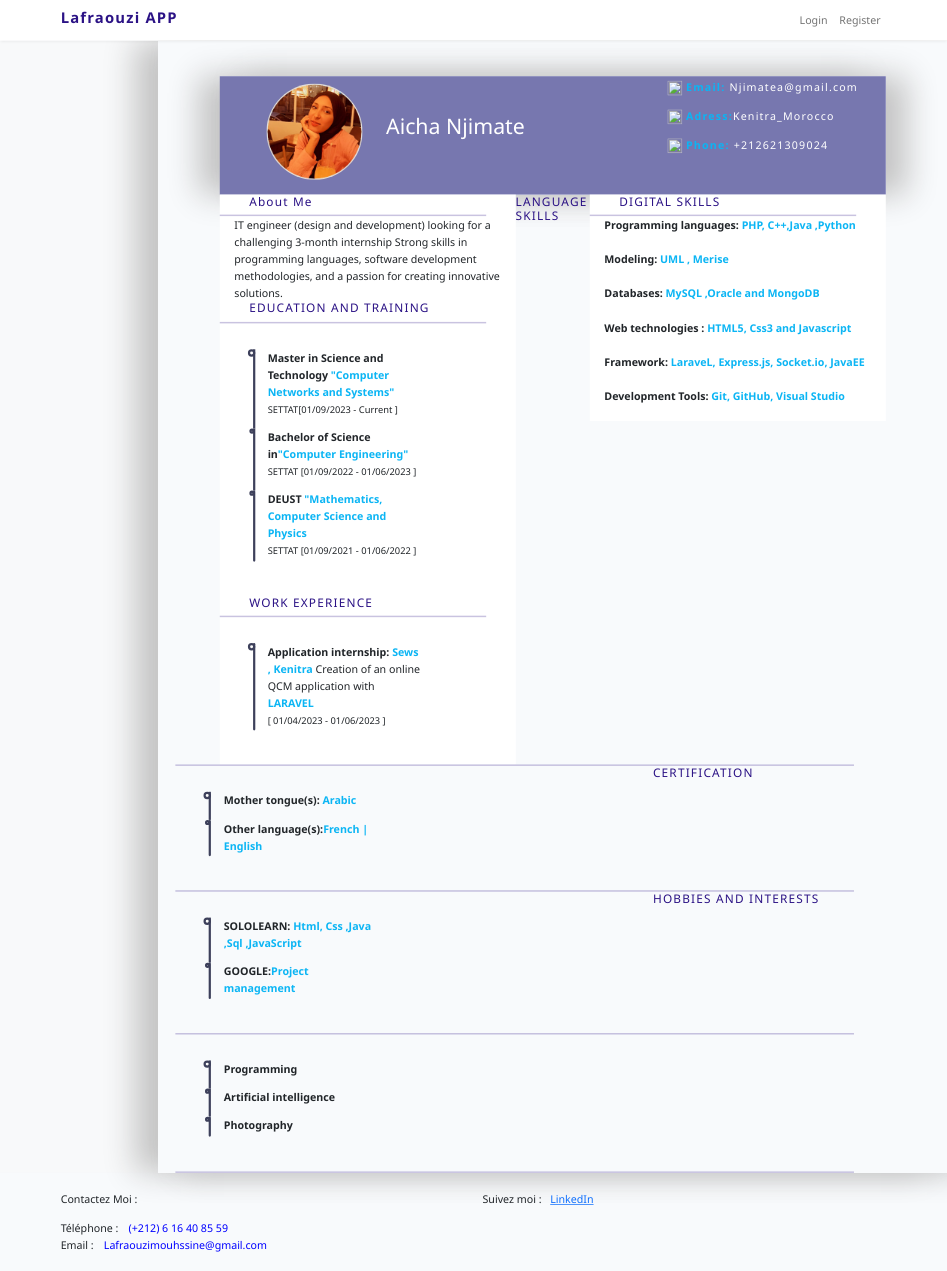
Repository: NjimateAicha/LaravelWeb
Page: http://localhost/aproposDeMoi
These files come from the project's save history. The page is drawn as it stood at one moment and after a run of saves; the edit follows.
The browser window is 1280 px wide. The pictures show the whole page, at 74% of full size.
The page is served by the project's Laravel application, run on PHP 8.4 with Laravel 9. Style sheets and scripts are compiled from the project's sources, by tool versions that may differ from the author's. Queries for data that is not in the repository find no rows.

Above is the page before, as saved 2024-05-19 15:54:17.

After the next 4 saves:
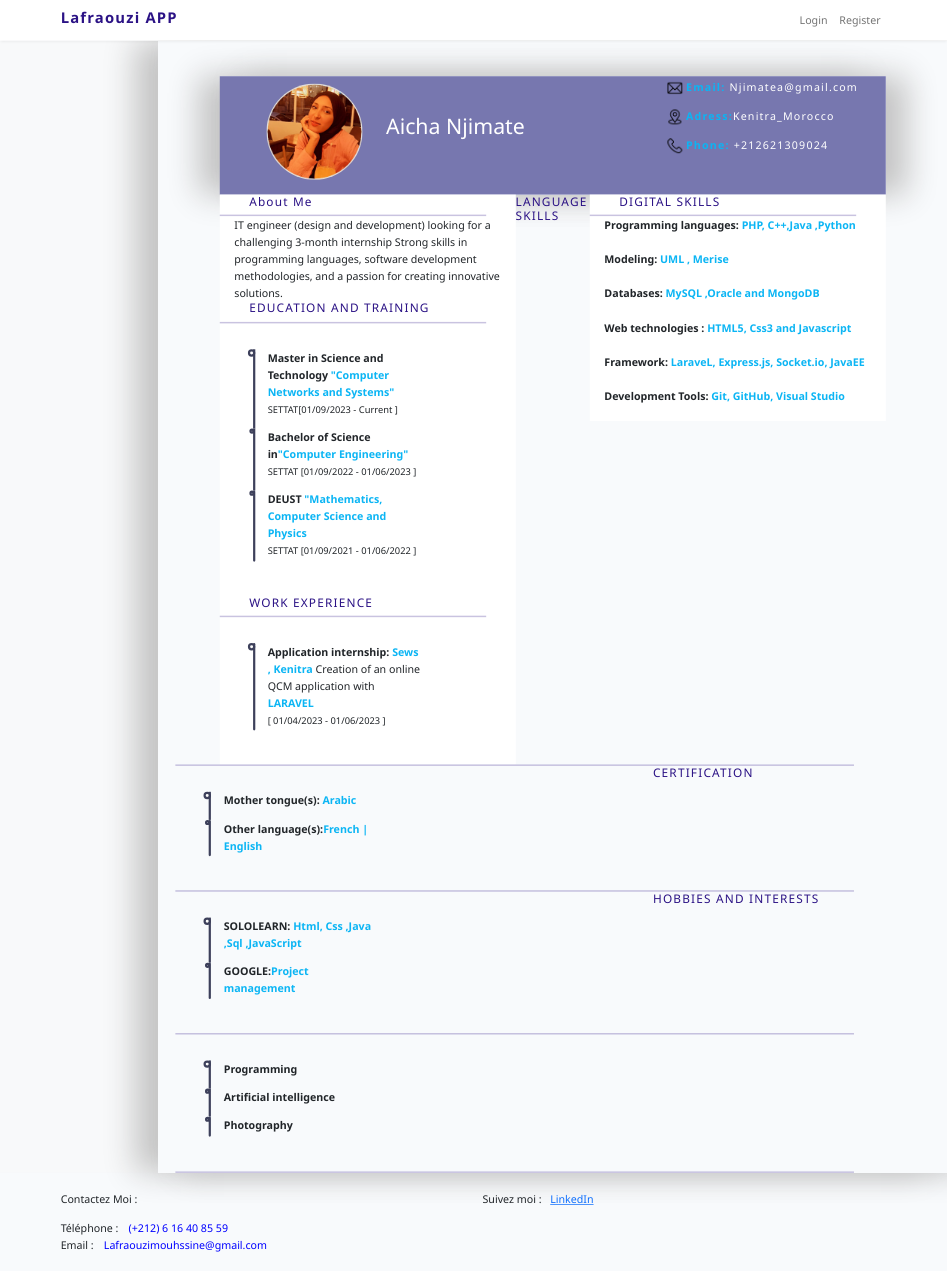
The 4 saves are shown as one change because they came seconds apart.
The last was saved 10 s later.
--- a/resources/views/aProposDeMoi/index.blade.php
+++ b/resources/views/aProposDeMoi/index.blade.php
@@ -253,9 +253,9 @@ ul {
             <div class="right">
 
 
-                <p><img src="../image/email.png" class="info"><strong> Email:</strong> Njimatea@gmail.com</p>
-                <p><img src="image/loca.png" class="info"> <strong> Adress:</strong>Kenitra_Morocco</p>
-               <p><img src="image/telephone_10945101.png" class="info"><strong> Phone:</strong> +212621309024</p>
+                <p><img src="images/email.png" class="info"><strong> Email:</strong> Njimatea@gmail.com</p>
+                <p><img src="images/loca.png" class="info"> <strong> Adress:</strong>Kenitra_Morocco</p>
+               <p><img src="images/telephone_10945101.png" class="info"><strong> Phone:</strong> +212621309024</p>
 
 
             </div>
